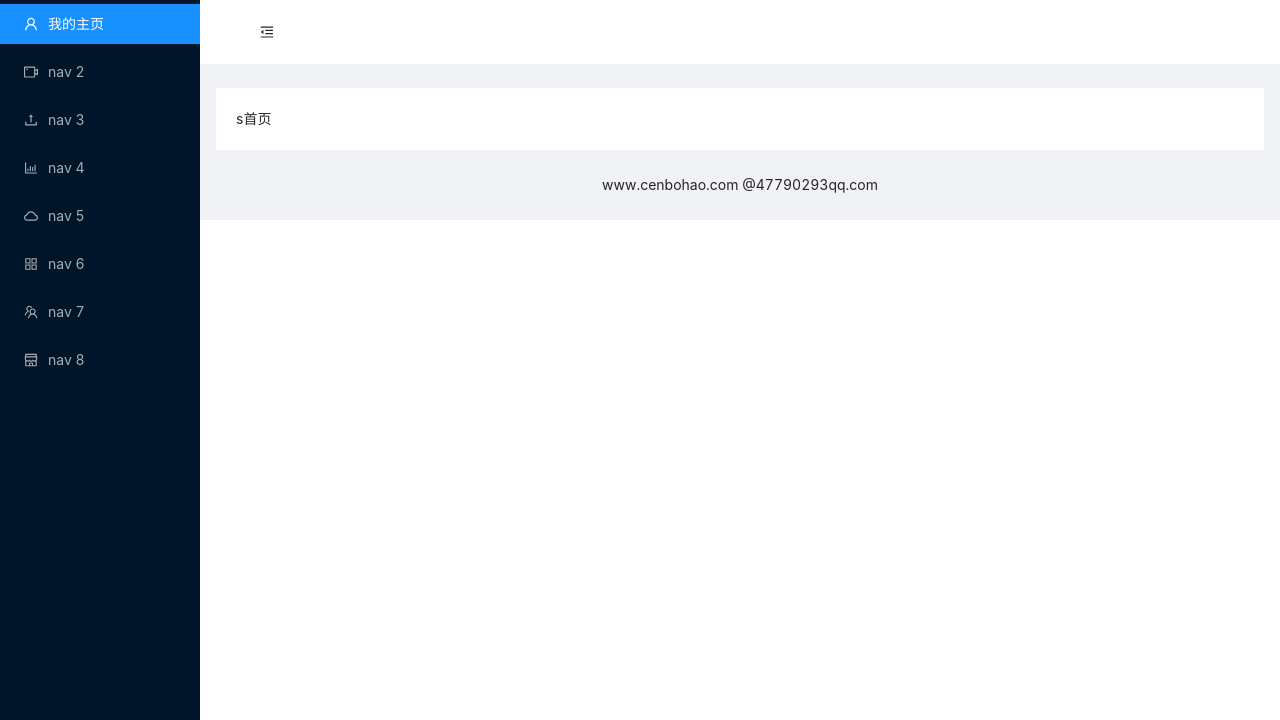
Repository: CBH20010703/bolgsweb
Page: / (app in blogs/)
These files come from the project's save history. The page is drawn as it stood at one moment and after the next save; the edit follows.
The browser window is 1280 px wide. The pictures show the whole page.
The project was rebuilt for these pictures with package versions that can differ from the ones it lists, and the page was loaded fresh each time. Also part of the build but not shown: blogs/src/component/Menu/MenuList.css, blogs/src/view/Home/Home.css, blogs/src/view/404/Error.jsx, blogs/src/view/NavCode/NavCode.jsx.

Above is the page before, as saved 2021-06-27 01:05:59.

### blogs/src/index.js
import React from 'react';
import ReactDOM from 'react-dom';
import './index.css';
import App from './App';



ReactDOM.render(<App />,document.getElementById('root'));

### blogs/src/App.js
import './App.css';
import { React, Component } from "react";
import Headers from './component/Header/Headers';
import MenuList from './component/Menu/MenuList';
import Footers from './component/Footer/Footers';
import RouterMap from './router/RouterMap';
import { Layout} from 'antd';

const {  Content, Sider } = Layout;
export default class  App extends Component {
  constructor(props) {
    super(props);
    this.state = {  collapsed: false, }
  }
  toggle = (data) => {
     console.log(data)
    this.setState({
      collapsed: data,
    });
  };
  render() {
    return (
      <Layout>
    <Sider  trigger={null} collapsible collapsed={this.state.collapsed}
      style={{
        overflow: 'auto',
        height: '100vh',
        position: 'fixed',
        left: 0,
      }}
    >
       <MenuList/>
    </Sider>
    <Layout className="site-layout" style={{ paddingLeft:this.state.collapsed?"50px":"200px" }}>
      <Headers toggle={this.toggle} parent={this.state.collapsed}></Headers>
          <Content style={{ margin: '24px 16px 0', height: "auto", background:"#fff" }}>
          <RouterMap  />
        </Content>
      <Footers/>
    </Layout>
  </Layout>
    );
  }
}

### blogs/src/component/Header/Headers.jsx
import React, { Component } from 'react'
import { Layout } from 'antd';


import {
  MenuUnfoldOutlined,
  MenuFoldOutlined,
} from '@ant-design/icons';
import "./Headers.css"
const { Header } = Layout;
export default class Headers extends Component {
    constructor(props) {
        super(props)
        this.state = {
            isShow:false
        }
    }
    Tab = () => {
        let { isShow } = this.state;
        this.setState({
            isShow:!isShow
        })
        this.props.toggle(!isShow);

    }
    render() {

        return (

                <Header className="site-layout-background" style={{ paddingLeft:this.state.isShow?"60px":"60px" }} >
                     {React.createElement(this.state.isShow ? MenuUnfoldOutlined : MenuFoldOutlined, {
              className: 'trigger',
              onClick:this.Tab,
            })}
                </Header>

        )
    }
}

### blogs/src/component/Menu/MenuList.jsx
import React, { Component } from 'react'
import { Menu } from 'antd';
import "./MenuList.css"
import {
  AppstoreOutlined,
  BarChartOutlined,
  CloudOutlined,
  ShopOutlined,
  TeamOutlined,
  UserOutlined,
  UploadOutlined,
  VideoCameraOutlined,
} from '@ant-design/icons';
export default class MenuList extends Component {
  render() {
    return (


        <Menu theme="dark" mode="inline" defaultSelectedKeys={['1']}>
          <Menu.Item key="1"  icon={<UserOutlined />}>
            我的主页
          </Menu.Item>
          <Menu.Item key="2" icon={<VideoCameraOutlined />}>
            nav 2
          </Menu.Item>
          <Menu.Item key="3" icon={<UploadOutlined />}>
            nav 3
          </Menu.Item>
          <Menu.Item key="4" icon={<BarChartOutlined />}>
            nav 4
          </Menu.Item>
          <Menu.Item key="5" icon={<CloudOutlined />}>
            nav 5
          </Menu.Item>
          <Menu.Item key="6" icon={<AppstoreOutlined />}>
            nav 6
          </Menu.Item>
          <Menu.Item key="7" icon={<TeamOutlined />}>
            nav 7
          </Menu.Item>
          <Menu.Item key="8" icon={<ShopOutlined />}>
            nav 8
          </Menu.Item>
        </Menu>

    )
  }
}

### blogs/src/component/Footer/Footers.jsx
import React, { Component } from 'react'
import { Layout } from 'antd';
const {  Footer } = Layout;
export default class Footers extends Component {
    render() {
        return (
            <div>
               <Footer style={{ textAlign: 'center' }}>www.cenbohao.com @47790293qq.com</Footer>
            </div>
        )
    }
}

### blogs/src/router/RouterMap.js
import React from 'react'
import { BrowserRouter, Route, Switch} from 'react-router-dom'
import Home from "../view/Home/Home.jsx";
import Error from "../view/404/Error.jsx";
import Navcode from "../view/NavCode/NavCode.jsx"
export default class RouterMap  extends React.Component {
    render() {
        return (
            <div>
            <BrowserRouter>
                <Switch>
                        <Route exact path="/"  component={Home}/>
                         <Route exact path="/NavCode" component={Navcode} />
                    <Route  path="*" component={Error} />
               </Switch>
            </BrowserRouter>
           </div>
        )
    }
}

### blogs/src/component/Header/Headers.css
.site-layout .site-layout-background {
    background: #fff;
}

### blogs/src/view/Home/Home.jsx
import React, { Component } from 'react'

import "./Home.css"
export default class Home extends Component {

    handleClick = e => {
        console.log('click ', e);
    };
    render() {
        return (
            <div style={{ padding: "20px" }}>
                s首页
            </div>
        )
    }
}

Loaded but not shown: blogs/public/index.html (common file); blogs/src/index.css (common file); blogs/src/App.css (common file)

After the next save:
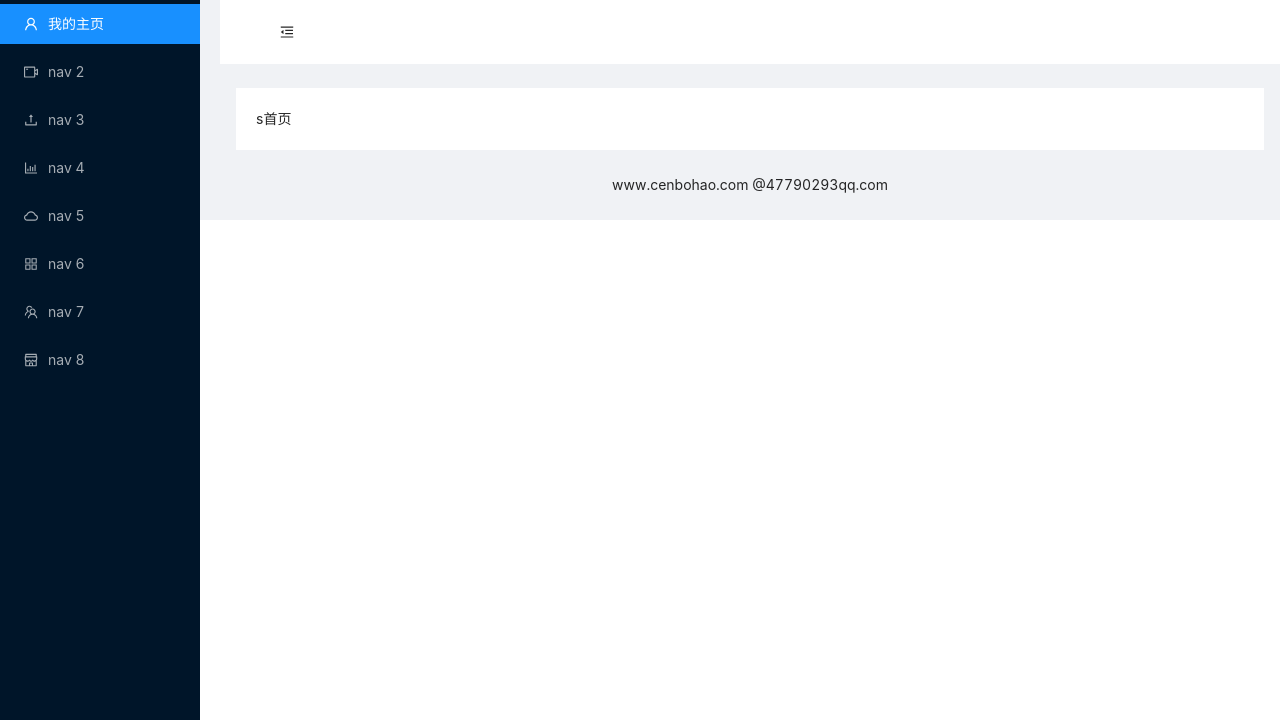
Saved 28 s later.
--- a/blogs/src/App.js
+++ b/blogs/src/App.js
@@ -31,7 +31,7 @@
     >
        <MenuList/>
     </Sider>
-    <Layout className="site-layout" style={{ paddingLeft:this.state.collapsed?"50px":"200px" }}>
+    <Layout className="site-layout" style={{ paddingLeft:this.state.collapsed?"50px":"220px" }}>
       <Headers toggle={this.toggle} parent={this.state.collapsed}></Headers>
           <Content style={{ margin: '24px 16px 0', height: "auto", background:"#fff" }}>
           <RouterMap  />

After the save that followed:
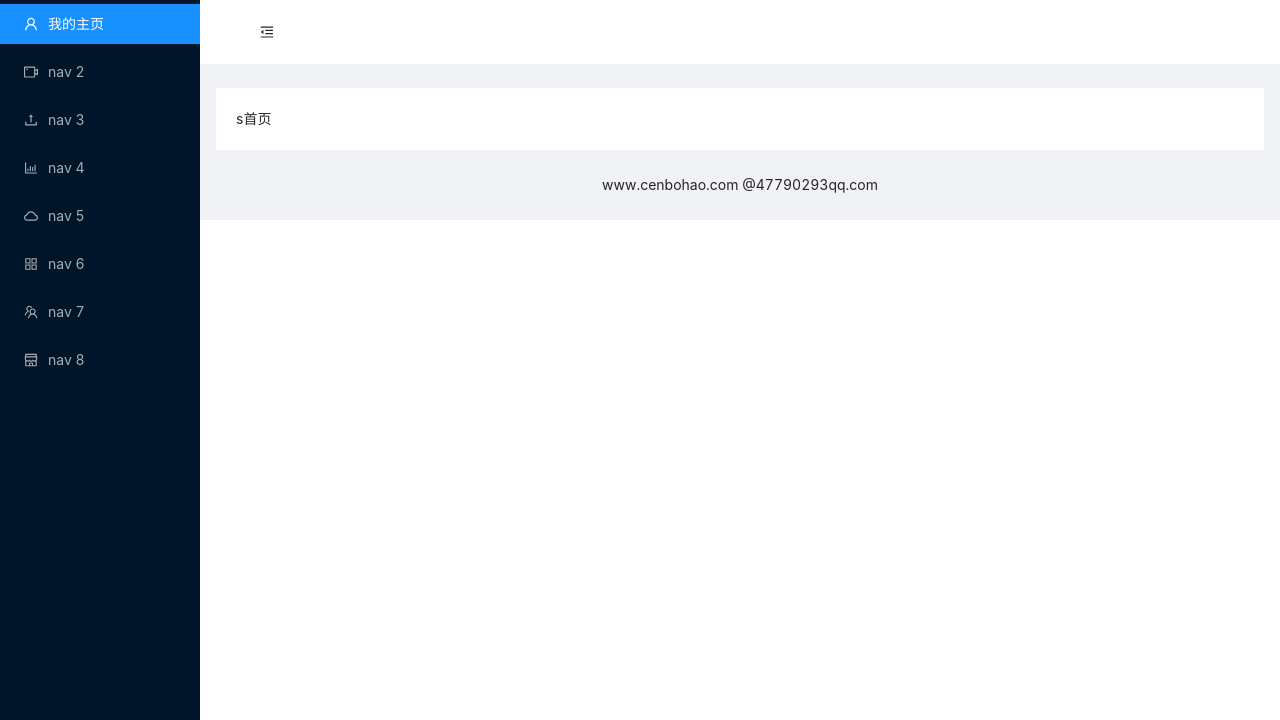
Saved 8 s later.
--- a/blogs/src/App.js
+++ b/blogs/src/App.js
@@ -31,7 +31,7 @@
     >
        <MenuList/>
     </Sider>
-    <Layout className="site-layout" style={{ paddingLeft:this.state.collapsed?"50px":"220px" }}>
+    <Layout className="site-layout" style={{ paddingLeft:this.state.collapsed?"60px":"200px" }}>
       <Headers toggle={this.toggle} parent={this.state.collapsed}></Headers>
           <Content style={{ margin: '24px 16px 0', height: "auto", background:"#fff" }}>
           <RouterMap  />
